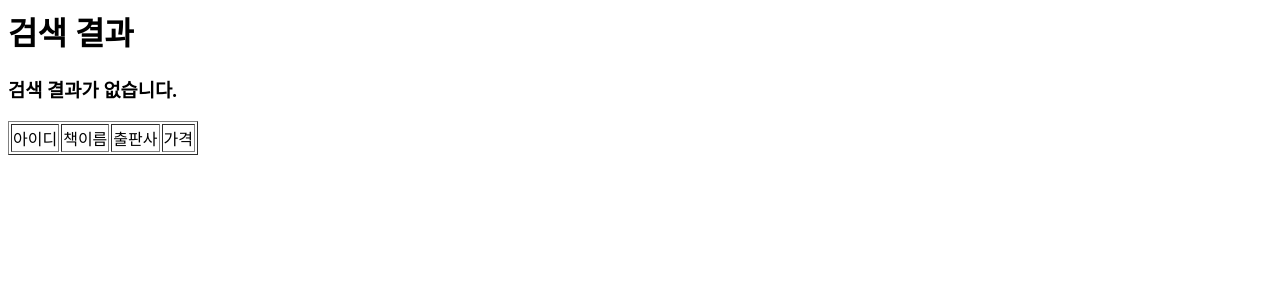
Repository: Idooru/academy_servlet
Page: http://localhost/pro07/book
These files come from the project's save history. The page is drawn as it stood at one moment and after the next save; the edit follows.
The browser window is 1280 px wide. The pictures show the whole page.
The page is served by Tomcat 9. Other server files are loaded and not shown. Queries for data that is not in the repository find no rows.

Above is the page before, as saved 2023-09-06 07:23:15.

### pro07/src/sec01/ex01/BookSearchServlet.java
package sec01.ex01;

import java.io.IOException;
import java.io.PrintWriter;
import java.util.List;

import javax.servlet.ServletException;
import javax.servlet.annotation.WebServlet;
import javax.servlet.http.HttpServlet;
import javax.servlet.http.HttpServletRequest;
import javax.servlet.http.HttpServletResponse;

/**
 * Servlet implementation class BookSearchServlet
 */
@WebServlet("/book")
public class BookSearchServlet extends HttpServlet {
	private static final long serialVersionUID = 1L;

	protected void doGet(HttpServletRequest request, HttpServletResponse response)
			throws ServletException, IOException {
		request.setCharacterEncoding("UTF-8");
		response.setContentType("text/html;charset=utf-8");

		BookDAO dao = new BookDAO();
		BookVO vo = new BookVO();

		String bookName = request.getParameter("bookName");
		vo.setBookName(bookName);
		List<BookVO> bookList = dao.searchBook(vo);

		PrintWriter out = response.getWriter();

		out.print("<h1>검색 결과</h1>");

		if (bookList.size() == 0) {
			out.print("<h3>검색 결과가 없습니다.</h3>");
		}

		out.print("<table border=1><tr>");
		out.print("<td>아이디</td><td>책이름</td><td>출판사</td><td>가격</td>");
	}

}

### pro07/src/sec01/ex01/DBInitializer.java
package sec01.ex01;

import java.sql.Connection;
import java.sql.PreparedStatement;

import javax.naming.Context;
import javax.naming.InitialContext;
import javax.sql.DataSource;

public class DBInitializer {

	protected DataSource dataFactory;
	protected Connection conn;
	protected PreparedStatement pstmt;

	protected DBInitializer() {
		try {
			Context ctx = new InitialContext();
			Context envContext = (Context) ctx.lookup("java:/comp/env");
			dataFactory = (DataSource) envContext.lookup("jdbc/test");
		} catch (Exception e) {
			e.printStackTrace();
		}
	}
}

### pro07/src/sec01/ex01/BookDAO.java
package sec01.ex01;

import java.sql.ResultSet;
import java.util.ArrayList;
import java.util.List;

public class BookDAO extends DBInitializer {

	public BookDAO() {
		super();
	}

	public List<BookVO> searchBook(BookVO vo) {
		List<BookVO> bookList = new ArrayList<BookVO>();

		try {
			conn = dataFactory.getConnection();
			String query = "SELECT * FROM books WHERE book_name LIKE concat('%', ?, '%')";
			pstmt = conn.prepareStatement(query);
			pstmt.setString(1, vo.getBookName());
			ResultSet rs = pstmt.executeQuery();

			while (rs.next()) {
				String bookId = rs.getString("book_id");
				String bookName = rs.getString("book_name");
				String bookCompany = rs.getString("book_company");
				int bookPrice = rs.getInt("book_price");

				vo.setBookId(bookId);
				vo.setBookName(bookName);
				vo.setBookCompany(bookCompany);
				vo.setBookPrice(bookPrice);

				bookList.add(vo);
			}
			rs.close();
			pstmt.close();
			conn.close();
		} catch (Exception e) {
			e.printStackTrace();
		}

		return bookList;
	}

}

### pro07/src/sec01/ex01/BookVO.java
package sec01.ex01;

public class BookVO {

	private String bookId;
	private String bookName;
	private String bookCompany;
	private int bookPrice;

	public String getBookId() {
		return bookId;
	}

	public void setBookId(String bookId) {
		this.bookId = bookId;
	}

	public String getBookName() {
		return bookName;
	}

	public void setBookName(String bookName) {
		this.bookName = bookName;
	}

	public String getBookCompany() {
		return bookCompany;
	}

	public void setBookCompany(String bookCompany) {
		this.bookCompany = bookCompany;
	}

	public int getBookPrice() {
		return bookPrice;
	}

	public void setBookPrice(int bookPrice) {
		this.bookPrice = bookPrice;
	}

	@Override
	public String toString() {
		return "BookVO [bookId=" + bookId + ", bookName=" + bookName + ", bookCompany=" + bookCompany + ", bookPrice="
				+ bookPrice + "]";
	}

}

After the next save:
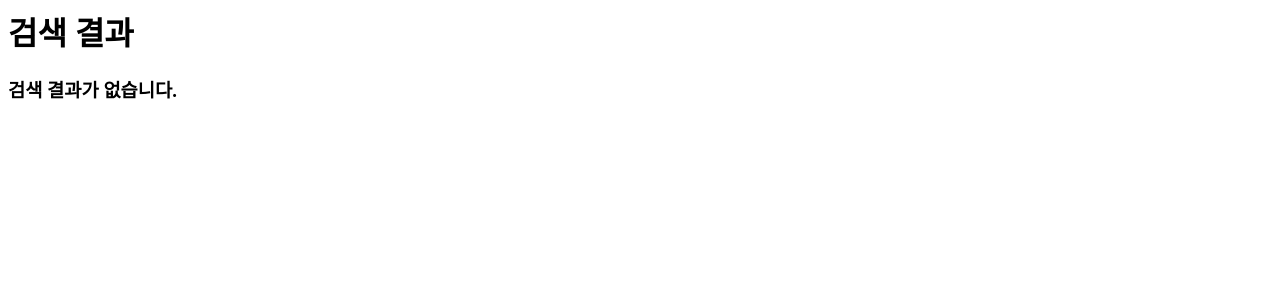
Saved 6 s later.
--- a/pro07/src/sec01/ex01/BookSearchServlet.java
+++ b/pro07/src/sec01/ex01/BookSearchServlet.java
@@ -35,6 +35,7 @@ public class BookSearchServlet extends HttpServlet {
 
 		if (bookList.size() == 0) {
 			out.print("<h3>검색 결과가 없습니다.</h3>");
+			return;
 		}
 
 		out.print("<table border=1><tr>");
